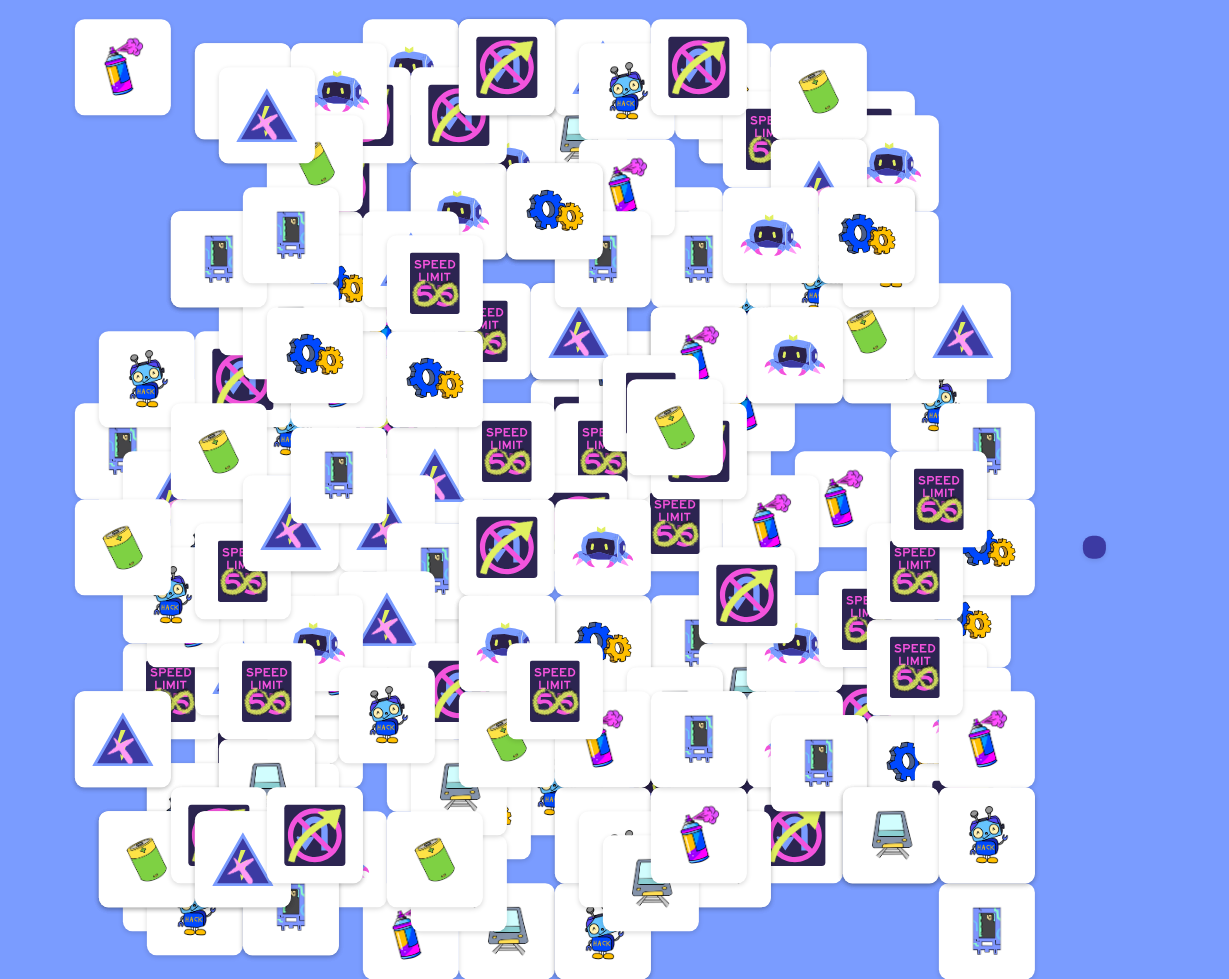
Repository: Avril-Cui/hack-puzzle
Page: / (app in client/)
An editor plug-in stored every save of this project. The page is shown before and after the next save, followed by the edit.
The browser window is 1280 px wide. The pictures show the whole page, at 96% of full size.
The project was rebuilt for these pictures with package versions that can differ from the ones it lists, and the page was loaded fresh each time. The framework's server and built-in components were replaced by stand-ins that run in the browser. Also part of the build but not shown: client/next.config.ts.

Above is the page before, as saved 2025-06-11 19:47:01.

### client/app/page.tsx
import Game from "../components/Game";

export default function Home() {
  return (
    <div>
      <Game />
    </div>
  );
}

### client/app/globals.css
@import "tailwindcss";

:root {
  --background: #7A9CFF;
}

@theme inline {
  --color-background: var(--background);
  --color-foreground: var(--foreground);
  --font-sans: var(--font-geist-sans);
  --font-mono: var(--font-geist-mono);
}

@media (prefers-color-scheme: dark) {
  :root {
    --background: #7A9CFF;
  }
}

body {
  background: var(--background);
  color: var(--foreground);
  font-family: Arial, Helvetica, sans-serif;
}

### client/components/Game.tsx
"use client";
import React, { useEffect, useState } from "react";
import styles from "./Game.module.css";

interface Tile {
  id: string;
  x: number;
  y: number;
  z: number;
  status: number;
  isCover: boolean;
  iconName: string;
}

const CELL_SIZE = 100;
const ICONS = ["🍀", "🌈", "⚙️", "🐏", "🐯", "🐤", "📚", "🧠", "💻", "🐼"];

const PuzzleGame: React.FC = () => {
  const [tiles, setTiles] = useState<Tile[]>([]);
  const [queue, setQueue] = useState<Tile[]>([]);

  useEffect(() => {
    fetch("/scene.json")
      .then((res) => res.json())
      .then((data) => {
        setTiles(data);
      });
  }, []);

  const handleClick = (tile: Tile) => {
    if (tile.isCover || tile.status !== 0 || queue.length >= 7) return;
    setQueue((prev) => [...prev, tile]);
    setTiles((prev) =>
      prev.map((t) => (t.id === tile.id ? { ...t, status: 1 } : t))
    );
  };

  const getEmoji = (iconName: string): string => {
    const index = parseInt(iconName.replace("icon_", ""));
    return ICONS[index] || "❓";
  };

  const getIconPath = (iconName: string): string => {
    const extMap: Record<string, string> = {
      icons0: "svg",
      icons1: "png",
      icons2: "png",
      icons3: "png",
      icons4: "svg",
      icons5: "jpg",
      icons6: "jpg",
      icons7: "jpg",
      icons8: "svg",
      icons9: "svg",
    };
    const ext = extMap[iconName] || "png";
    return `/icons/${iconName}.${ext}`;
  };

  return (
    <div className={styles.gameContainer}>
      <div className={styles.tileBoard}>
        {tiles.map((tile) => (
          <div
            key={tile.id}
            className={`${styles.tile} ${tile.isCover ? styles.covered : ""}`}
            style={{
              left: tile.x,
              top: tile.y,
              zIndex: tile.z,
            }}
            onClick={() => handleClick(tile)}
          >
            <div
              className={styles.tileInner}
              style={{ opacity: tile.status < 2 ? 1 : 0 }}
            >
              <img
                src={getIconPath(tile.iconName)}
                alt={tile.iconName}
                className={styles.tileInner}
                style={{ opacity: tile.status < 2 ? 1 : 0 }}
              />
            </div>
          </div>
        ))}
      </div>

      <div className={styles.queueBar}>
        {queue.map((tile) => (
          <div key={tile.id} className={styles.queueTile}>
            <img
              src={getIconPath(tile.iconName)}
              alt={tile.iconName}
              className={styles.tileInner}
              style={{ opacity: tile.status < 2 ? 1 : 0 }}
            />
          </div>
        ))}
      </div>
    </div>
  );
};

export default PuzzleGame;

### client/components/Game.module.css
.gameContainer {
  display: flex;
  justify-content: center;
  align-items: center;
  height: 100vh;
  margin-top: 10em;
}

.tileBoard {
  position: relative;
  width: 1000px;
  height: 900px;
  background-color: transparent; /* remove green board background */
}

.tile {
  position: absolute;
  width: 100px;
  height: 100px;
  background: white;
  border-radius: 10px;
  font-size: 40px;
  display: flex;
  align-items: center;
  justify-content: center;
  transition: transform 0.2s ease, opacity 0.3s ease;
  box-shadow: 0 2px 6px rgba(0, 0, 0, 0.15);
  cursor: pointer;
}

.tileInner {
  width: 100%;
  height: 100%;
  display: flex;
  justify-content: center;
  align-items: center;
  overflow: hidden;
  padding: 10%; /* optional, for consistent inner margin */
}

.tileInner img {
  max-width: 100%;
  max-height: 100%;
  object-fit: contain;
  pointer-events: none;
}

.covered {
  background: #ccc;
  opacity: 0.4;
  pointer-events: none;
}

.queueBar {
  margin-top: 100px;
  display: flex;
  justify-content: center;
  gap: 12px;
  padding: 12px;
  background: #3c3aa3;
  border-radius: 10px;
  box-shadow: 0 2px 6px rgba(0, 0, 0, 0.1);
}

.queueTile {
  width: 100px;
  height: 100px;
  background: white;
  border-radius: 10px;
  font-size: 40px;
  display: flex;
  align-items: center;
  justify-content: center;
  box-shadow: 0 2px 6px rgba(0, 0, 0, 0.1);
}

Loaded but not shown: client/app/layout.tsx (common file); client/public/scene.json (2162 lines, source omitted)

After the next save:
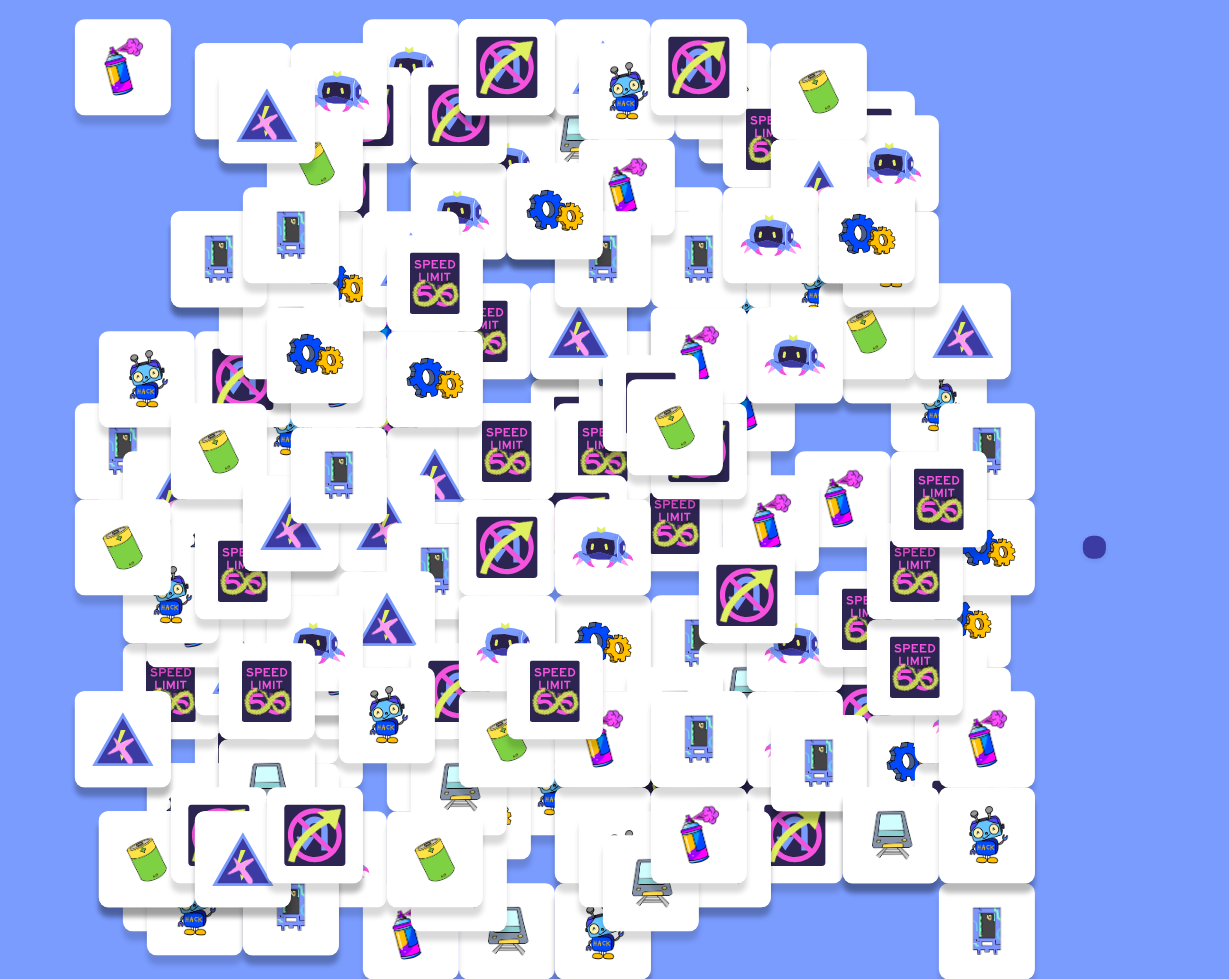
Saved 6 s later.
--- a/client/components/Game.module.css
+++ b/client/components/Game.module.css
@@ -24,7 +24,7 @@
   align-items: center;
   justify-content: center;
   transition: transform 0.2s ease, opacity 0.3s ease;
-  box-shadow: 0 2px 6px rgba(0, 0, 0, 0.15);
+  box-shadow: 0 10px 6px rgba(0, 0, 0, 0.15);
   cursor: pointer;
 }
 
